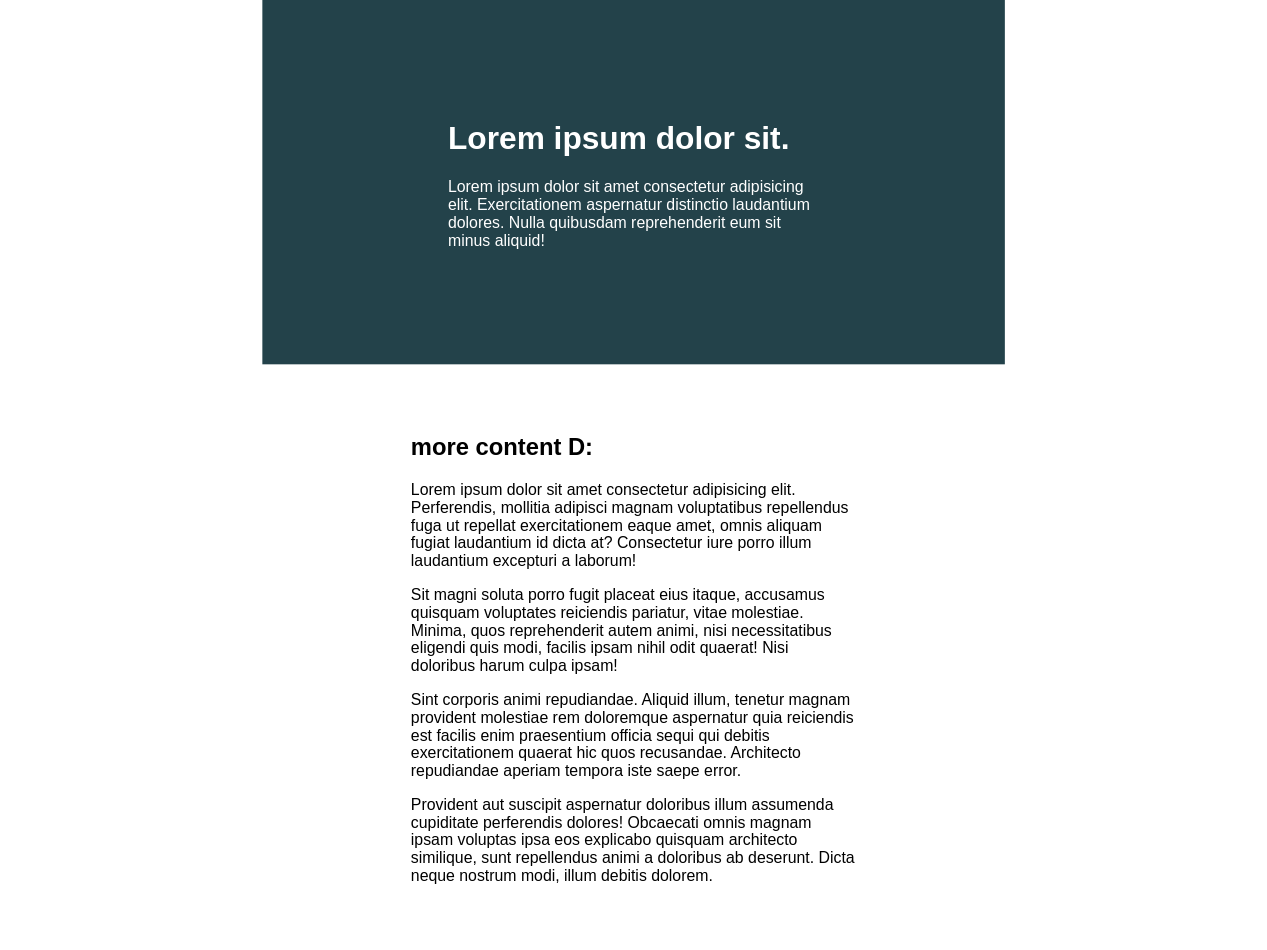
Repository: ufanodev/responsive-3
Page: index.html
An editor plug-in stored every save of this project. The page is shown before and after the next save, followed by the edit.
The browser window is 1280 px wide. The pictures show the whole page, at 99% of full size.

Above is the page before, as saved 2022-12-10 19:40:09.

### index.html
<!DOCTYPE html>
<html lang="en">
<head>
    <meta charset="UTF-8">
    <meta name="viewport" content="width=device-width, initial-scale=1.0">
    <title>KP Responsive Course</title>

    <link rel="stylesheet" href="style.css">
</head>
<body>

    <div class="container">
        <div class="intro-content">
            <h1>Lorem ipsum dolor sit.</h1>
            <p>Lorem ipsum dolor sit amet consectetur adipisicing elit. Exercitationem aspernatur distinctio laudantium dolores. Nulla quibusdam reprehenderit eum sit minus aliquid!</p>
        </div>
    </div>

    <div class ="intro-content">
        <h2>more content D:</h2>
            <p>Lorem ipsum dolor sit amet consectetur adipisicing elit. Perferendis, mollitia adipisci magnam voluptatibus repellendus fuga ut repellat exercitationem eaque amet, omnis aliquam fugiat laudantium id dicta at? Consectetur iure porro illum laudantium excepturi a laborum!</p>

            <p>Sit magni soluta porro fugit placeat eius itaque, accusamus quisquam voluptates reiciendis pariatur, vitae molestiae. Minima, quos reprehenderit autem animi, nisi necessitatibus eligendi quis modi, facilis ipsam nihil odit quaerat! Nisi doloribus harum culpa ipsam!</p>

            <p>Sint corporis animi repudiandae. Aliquid illum, tenetur magnam provident molestiae rem doloremque aspernatur quia reiciendis est facilis enim praesentium officia sequi qui debitis exercitationem quaerat hic quos recusandae. Architecto repudiandae aperiam tempora iste saepe error.</p>
            <p>Provident aut suscipit aspernatur doloribus illum assumenda cupiditate perferendis dolores! Obcaecati omnis magnam ipsam voluptas ipsa eos explicabo quisquam architecto similique, sunt repellendus animi a doloribus ab deserunt. Dicta neque nostrum modi, illum debitis dolorem.</p>
    </div>

</body>
</html>

### style.css
/* INSTRUCTIONS
 *
 * 1) Keep the text inside .intro-content
 *    in the same place, but have the background
 *    extend from one side of the viewport
 *    to the other, no matter how wide or narrow
 *    the browser is.
 *
 * 2) Limit the maximum width of the text in the
 *    bottom area.
 *
 * You may modify the HTML if needed
 * (you probably should for this challenge)
 *
 */

* {
  box-sizing: border-box;
}

body {
  margin: 0;
  font-family: sans-serif;
}

.container {
  width: 80%;
  max-width: 750px;
  margin: 0 auto;
  background: #23424a;
  color: white;
  padding: 50px 0;
}

.intro-content {
  width: 50%;
  max-width: 450px;
  margin: 0 auto;
  padding: 50px 0;
}

After the next save:
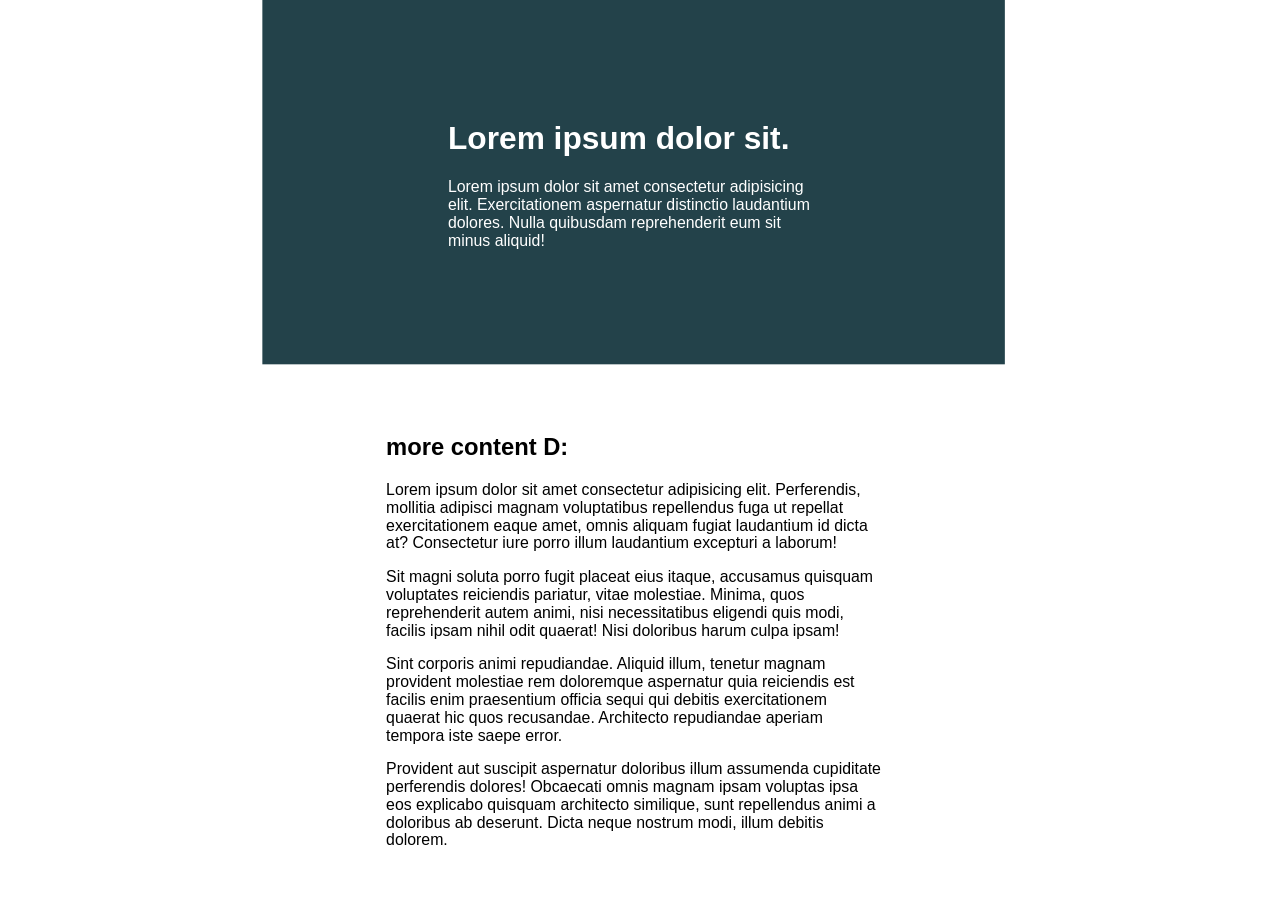
Saved 7 s later.
--- a/style.css
+++ b/style.css
@@ -34,7 +34,7 @@ body {
 
 .intro-content {
   width: 50%;
-  max-width: 450px;
+  max-width: 500px;
   margin: 0 auto;
   padding: 50px 0;
 }
